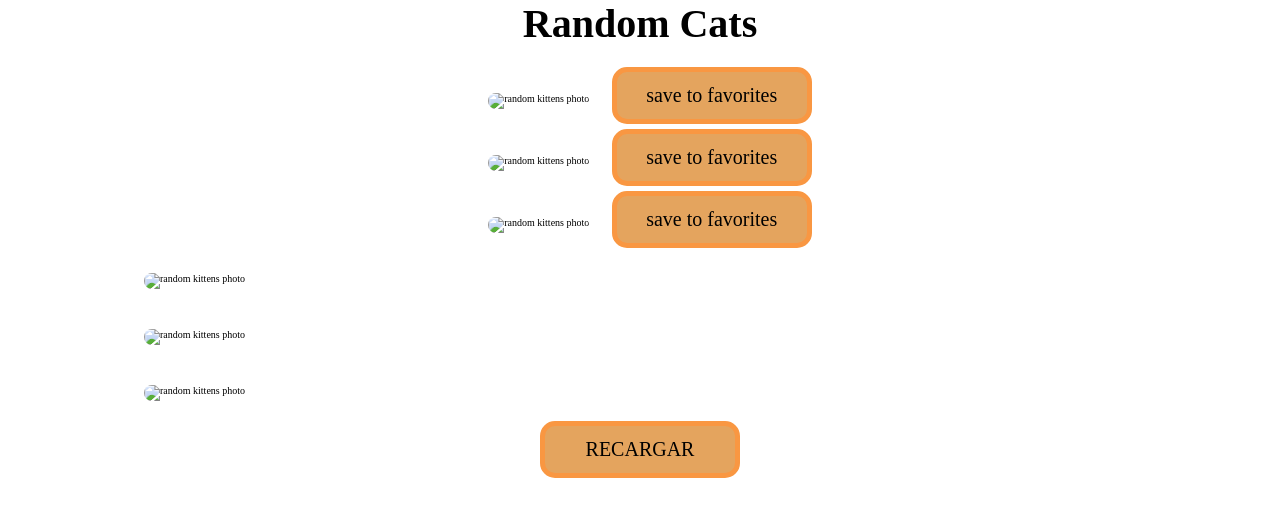
Repository: elto82/ConsumoAPIRESTjs
Page: index.html
The author's editor kept a copy of each file at every save. The page is drawn from the files as they stood at one save, then again after the next save.
The browser window is 1280 px wide. The pictures show the whole page.
The page's requests for data from a server got no answer.

Above is the page before, as saved 2022-07-02 19:48:02.

### index.html
<!DOCTYPE html>
<html lang="en">

<head>
  <meta charset="UTF-8">
  <meta http-equiv="X-UA-Compatible" content="IE=edge">
  <meta name="viewport" content="width=device-width, initial-scale=1.0">
  <title>Random Cats</title>
  <link rel="stylesheet" href="style.css">
</head>

<body>
  <header>
    <h1>Random Cats</h1>
  </header>
  <section id="randomMichis" class="container">
    <article>
      <img id="img1" alt="random kittens photo" class="image">
      <button class="random-cat-button" onclick="reload()">save to favorites</button>
    </article>
    <article>
      <img id="img2" alt="random kittens photo" class="image">
      <button class="random-cat-button" onclick="reload()">save to favorites</button>
    </article>
    <article>
      <img id="img3" alt="random kittens photo" class="image">
      <button class="random-cat-button" onclick="reload()">save to favorites</button>
    </article>


    <img id="img1" alt="random kittens photo" class="image">
    <img id="img2" alt="random kittens photo" class="image">
    <img id="img3" alt="random kittens photo" class="image">
    <button class="random-cat-button" onclick="reload()">RECARGAR</button>
  </section>
  <section id="favoritesMichis">

  </section>
  <script src="./main.js"></script>
</body>

</html>

### style.css
* {
  box-sizing: border-box;
  margin: 0px;
  padding: 0px;
}
html {
  font-size: 62.5%;
}
body {
  font-family: 'Square Peg', cursive;
}
header {
  display: flex;
  justify-content: center;
}
h1 {
  font-size: 4rem;
}
.container {
  display: flex;
  flex-direction: column;
  justify-content: center;
  place-items: center;
  padding: 20px;
}
.container .image {
  border-radius: 20px;
  margin: 20px;
  width: 80%;
  height: auto;
}
.random-cat-button {
  align-items: center;
  background-color: rgb(228, 164, 94);
  border: 5px solid rgb(249, 151, 66);
  border-radius: 15px;
  cursor: pointer;
  font-family: 'Pacifico', cursive;
  font-size: 2rem;
  padding: 12px;
  width: 200px;
  height: auto;
}
.random-cat-button:hover {
  border: 5px solid rgb(228, 164, 94);
  background-color: rgb(227, 141, 67);
}

### main.js
/*--------------------------------------------- endpoint
const API_URL = "https://api.thecatapi.com/v1/images/search"; */
/* --------------------------------------------------------query parameters */
const API_URL = "https://api.thecatapi.com/v1/images/search?limit=3&api_key=11fb4c78-96c8-403c-b282-b8c4d38b4b60";

async function reload() {
  const res = await fetch(API_URL);
  const data = await res.json();

  console.log(data);
  const img1 = document.getElementById("img1");
  const img2 = document.getElementById("img2");
  const img3 = document.getElementById("img3");

  img1.src = data[0].url;
  img2.src = data[1].url;
  img3.src = data[2].url;
}
reload();

After the next save:
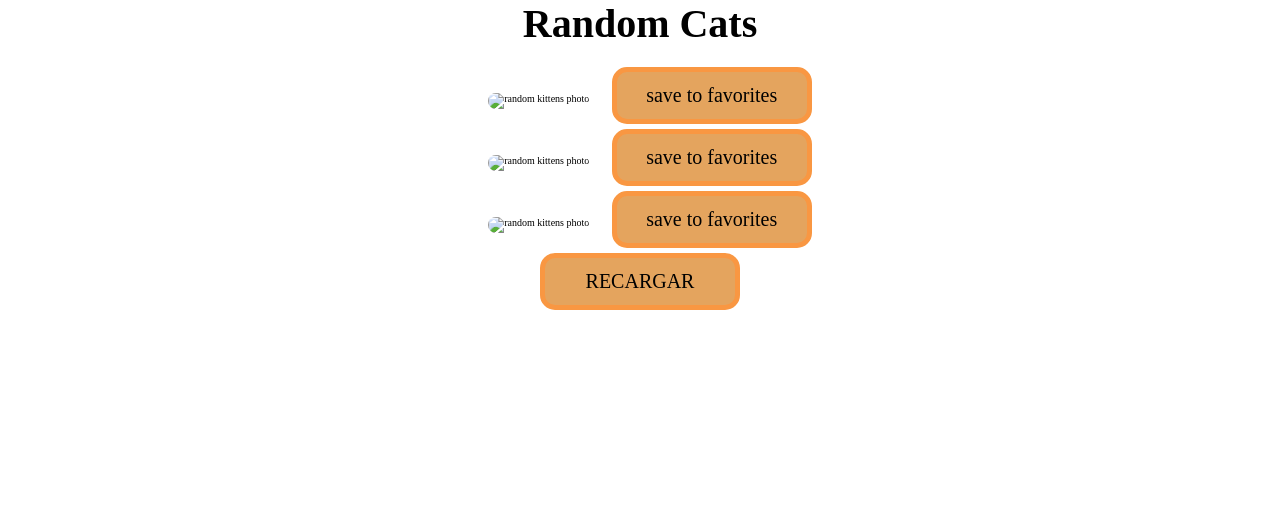
Saved 85 s later.
--- a/index.html
+++ b/index.html
@@ -26,11 +26,6 @@
       <img id="img3" alt="random kittens photo" class="image">
       <button class="random-cat-button" onclick="reload()">save to favorites</button>
     </article>
-
-
-    <img id="img1" alt="random kittens photo" class="image">
-    <img id="img2" alt="random kittens photo" class="image">
-    <img id="img3" alt="random kittens photo" class="image">
     <button class="random-cat-button" onclick="reload()">RECARGAR</button>
   </section>
   <section id="favoritesMichis">
